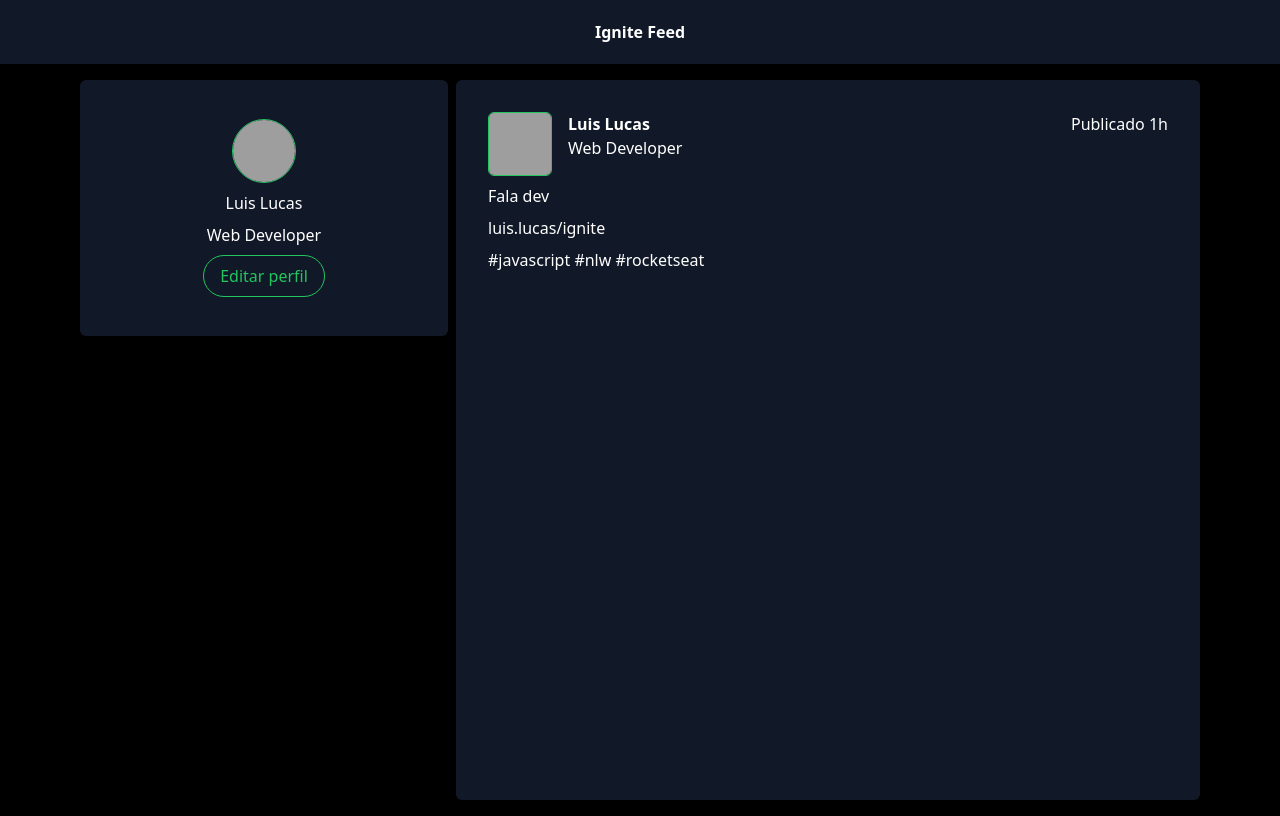
Repository: LuisSempre/ignite-feed
Page: /
These files come from the project's save history. The page is drawn as it stood at one moment and after the next save; the edit follows.
The browser window is 1280 px wide. The pictures show the whole page.
Pictures or frames that could not be fetched are drawn as grey boxes. The project was rebuilt for these pictures with package versions that can differ from the ones it lists, and the page was loaded fresh each time. Also part of the build but not shown: vite.config.js.

Above is the page before, as saved 2022-07-13 23:20:58.

After the next save:
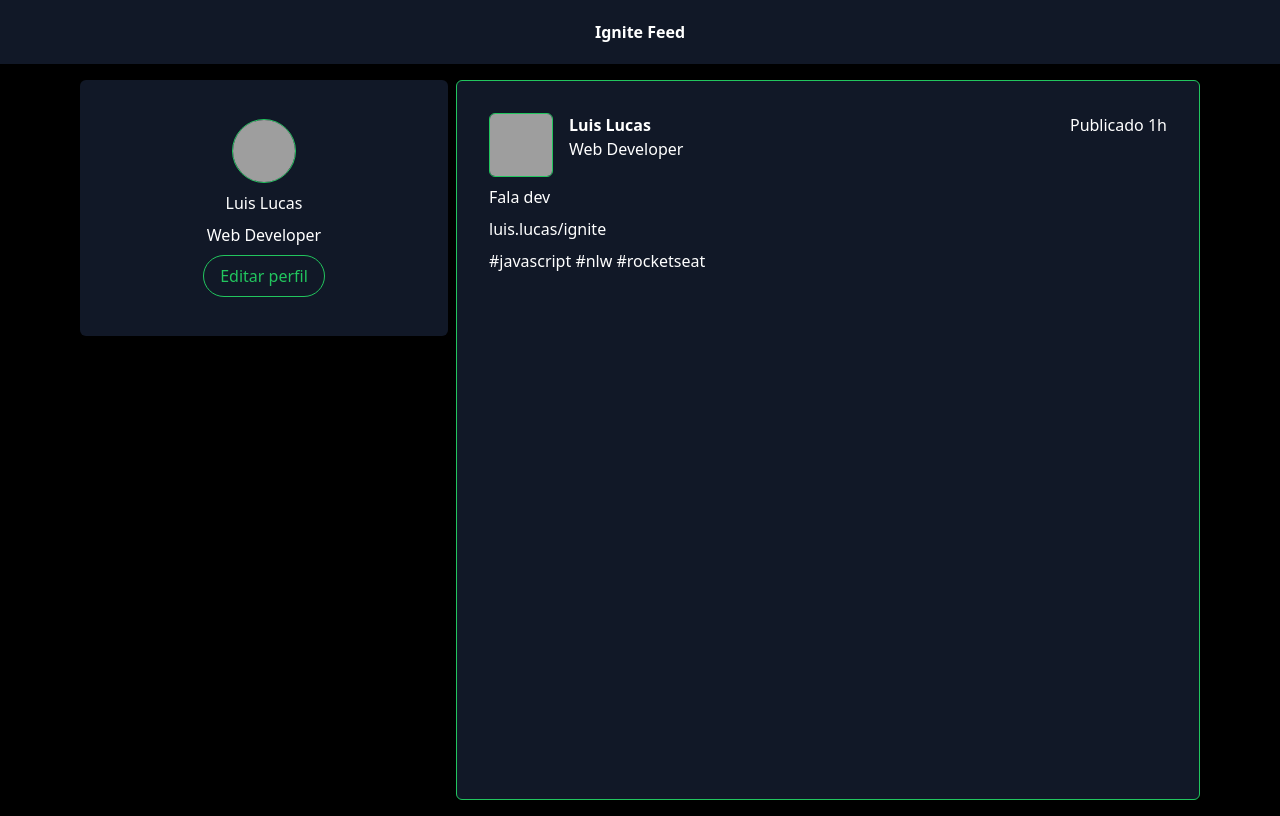
Saved 37 s later.
--- a/src/Components/Post.jsx
+++ b/src/Components/Post.jsx
@@ -1,6 +1,6 @@
 export function Post() {
   return (
-    <div className=" bg-gray-900 rounded-md h-screen space-y-2 p-8">
+    <div className=" bg-gray-900 rounded-md h-screen space-y-2 p-8 border border-green-500">
       <div className="flex justify-between ">
         <div className="flex gap-4">
           <img
